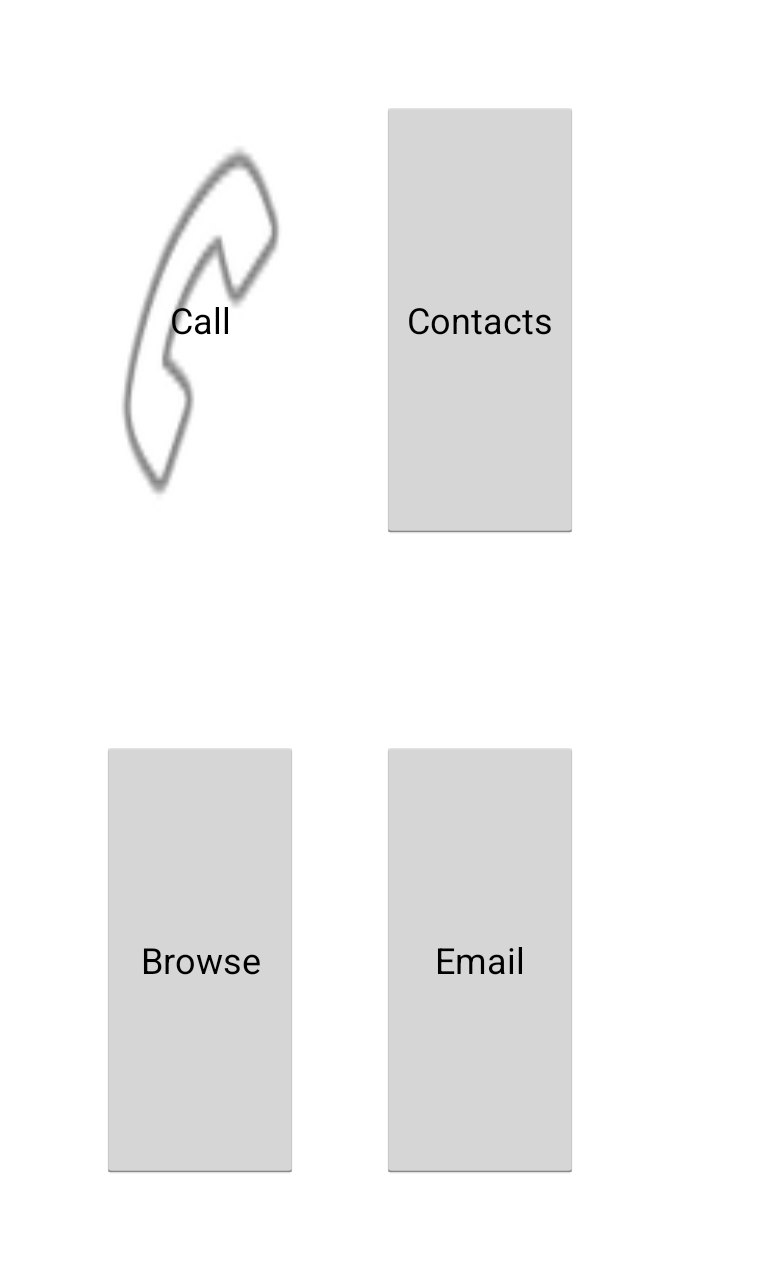
Repository: AnithaGorli/Android
Layout: ImplicitIntentApplication/res/layout/implicitintent.xml
An editor plug-in stored every save of this project. The layout is shown before and after the next save, followed by the edit.
It is drawn on a 768 x 1280 px phone screen (xhdpi) without system bars, with theme AppTheme; the app's code is not run.

Above is the layout before, as saved 2014-09-10 10:13:09.

### ImplicitIntentApplication/res/layout/implicitintent.xml
<?xml version="1.0" encoding="utf-8"?>
<LinearLayout xmlns:android="http://schemas.android.com/apk/res/android"
    android:layout_width="match_parent"
    android:layout_height="match_parent"
    android:orientation="vertical"
    android:weightSum="2">


    <LinearLayout
        android:id="@+id/l1"
         android:layout_width="match_parent"
    android:layout_height="wrap_content"
    android:orientation="horizontal"
    android:layout_weight="1"
    android:layout_margin="30dp"
     >
    <Button
         android:id="@+id/call_btn"
          android:layout_width="100dp"
        android:layout_height="match_parent"
        android:text="@string/call"
        android:layout_margin="20dp"
        android:background="@android:drawable/ic_menu_call"/>



    <Button
         android:id="@+id/contacts_btn"
         android:layout_width="100dp"
        android:layout_height="match_parent"
        android:text="@string/contacts"
        android:layout_margin="20dp"/>


     </LinearLayout>


    <LinearLayout
        android:id="@+id/l2"
         android:layout_width="match_parent"
    android:layout_height="wrap_content"
    android:orientation="horizontal"
    android:layout_weight="1"
    android:layout_margin="30dp" >

    <Button
         android:id="@+id/browse_btn"
         android:layout_width="100dp"
        android:layout_height="match_parent"
        android:text="@string/browse"
        android:layout_margin="20dp"/>
    <Button
         android:id="@+id/email_btn"
          android:layout_width="100dp"
        android:layout_height="match_parent"
        android:text="@string/email"
        android:layout_margin="20dp"/>

    </LinearLayout>
</LinearLayout>

### ImplicitIntentApplication/res/values/strings.xml
<resources>

    <string name="app_name">ImplicitIntentApplication</string>
     <string name="call">Call</string>
       <string name="email">Email</string>
    <string name="contacts">Contacts</string>
    <string name="browse">Browse</string>
<string name="choose">there is no contacts</string>
</resources>

Loaded but not shown: ImplicitIntentApplication/res/values/styles.xml (common file); ImplicitIntentApplication/res/values-v11/styles.xml (common file); ImplicitIntentApplication/res/values-v14/styles.xml (common file)

After the next save:
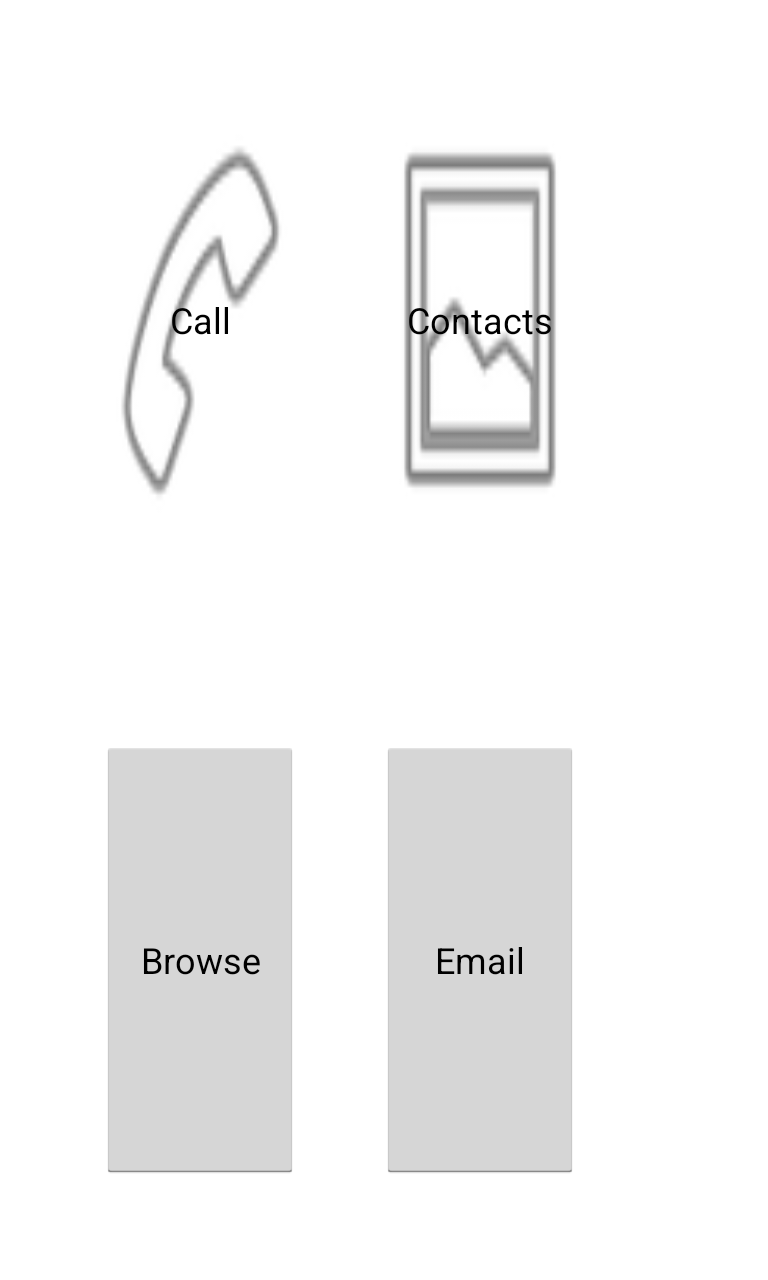
Saved 105 s later.
--- a/ImplicitIntentApplication/res/layout/implicitintent.xml
+++ b/ImplicitIntentApplication/res/layout/implicitintent.xml
@@ -29,7 +29,8 @@
          android:layout_width="100dp"
         android:layout_height="match_parent"
         android:text="@string/contacts"
-        android:layout_margin="20dp"/>
+        android:layout_margin="20dp"
+        android:background="@android:drawable/ic_menu_gallery"/>
 
 
      </LinearLayout>
